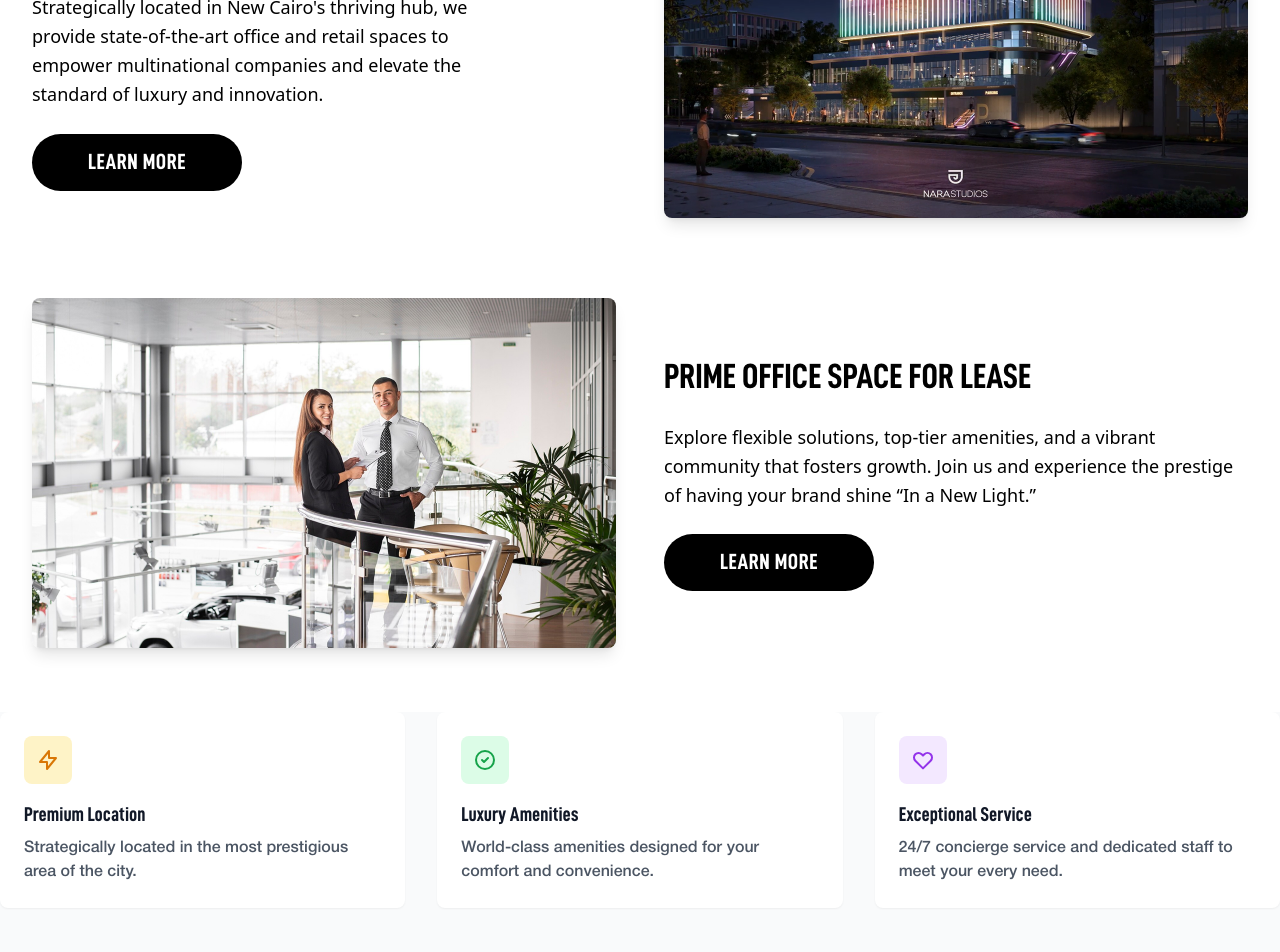
Repository: ahmedassr5765/dune
Page: index.html
The author's editor kept a copy of each file at every save. The page is drawn from the files as they stood at one save, then again after a run of saves.
The browser window is 1280 px wide. The pictures show the part of the page from y = 1393 to 2345 px (the page is 2453 px tall).
Some web libraries are served in a nearby version.

Above is the page before, as saved 2025-07-12 18:33:06.

### index.html
<!DOCTYPE html>
<html lang="en" dir="ltr">
<head>
    <meta charset="UTF-8">
    <meta name="viewport" content="width=device-width, initial-scale=1.0">
    <title>DUNE</title>

    <!-- Google Fonts -->
    <link rel="preconnect" href="https://fonts.googleapis.com">
    <link rel="preconnect" href="https://fonts.gstatic.com" crossorigin>
    <link href="https://fonts.googleapis.com/css2?family=DM+Serif+Display:ital@0;1&display=swap" rel="stylesheet">

    <!-- Local Fonts -->
    <style>
        @font-face {
            font-family: 'D-DIN Condensed';
            src: url('./Fonts/D-DINCondensed-Bold.otf') format('opentype');
            font-weight: 700;
            font-style: normal;
        }

        @font-face {
            font-family: 'Helvetica Neue';
            src: url('./Fonts/HelveticaNeueMedium.otf') format('opentype');
            font-weight: 400;
            font-style: normal;
        }
    </style>

    <!-- TailwindCSS -->
    <script src="https://cdn.tailwindcss.com"></script>

    <!-- TailwindCSS Configuration -->
    <script>
        tailwind.config = {
            theme: {
                extend: {
                    fontFamily: {
                        'ddin': ['D-DIN Condensed', 'sans-serif'],
                        'helvetica': ['Helvetica Neue', 'sans-serif'],
                        'dm-serif': ['DM Serif Display', 'serif'],
                    }
                }
            }
        }
    </script>

    <!-- Custom Styles -->
    <style>
        /* RTL Support */
        [dir="rtl"] {
            text-align: right;
        }

        [dir="rtl"] .header-container {
            flex-direction: row-reverse;
        }

        [dir="rtl"] .logo {
            order: 3;
            margin-left: 0;
            margin-right: 0;
        }

        [dir="rtl"] .nav-items {
            order: 2;
            flex-direction: row;
            margin-left: 0;
            margin-right: 0;
            flex: 1;
            justify-content: center;
        }

        [dir="rtl"] .lang-toggle {
            order: 1;
            margin-left: 0;
            margin-right: 0;
        }

        [dir="rtl"] .nav-items a {
            margin-left: 0;
            margin-right: 0;
        }

        /* Language Toggle Button */
        .lang-toggle {
            transition: all 0.3s ease;
        }

        .lang-toggle:hover {
            transform: scale(1.05);
        }

        /* Navigation Active State */
        .nav-active {
            color: #f59e0b;
        }

        /* RTL Animation */
        .rtl-transition {
            transition: all 0.5s ease;
        }

        /* Black Top Bar */
        .top-bar {
            background-color: #000000;
            height: 63px;
        }
    </style>
</head>
<body class="font-helvetica bg-gray-50 rtl-transition">
    <!-- Black Top Bar -->
    <div class="top-bar"></div>

    <!-- Header -->
    <header class="max-w-[1440px] mx-auto bg-white shadow-sm">
        <div class="max-w-8xl mx-auto px-4 border-[#E5E5E5] border-2 sm:px-6 lg:px-8">
            <div class="flex justify-between items-center py-6 header-container">
                <div class="flex items-center logo">
                    <a href="#" class="flex items-center">
                        <img src="/images/logo.svg" alt="DUNE" class="h-8 w-auto">
                    </a>
                </div>
                <nav class="hidden md:flex space-x-20 nav-items">
                    <a href="#" class="text-black hover:text-[#FBAA19] px-3 py-2 text-[24px] font-ddin transition-colors duration-200 nav-link" data-en="HOME" data-ar="الرئيسية">HOME</a>
                    <a href="#" class="text-black hover:text-[#FBAA19] px-3 py-2 text-[24px] font-ddin transition-colors duration-200 nav-link" data-en="ABOUT US" data-ar="معلومات عنا">ABOUT US</a>
                    <a href="#" class="text-black hover:text-[#FBAA19] px-3 py-2 text-[24px] font-ddin transition-colors duration-200 nav-link" data-en="LEASING" data-ar="الإيجار">LEASING</a>
                    <a href="#" class="text-black hover:text-[#FBAA19] px-3 py-2 text-[24px] font-ddin transition-colors duration-200 nav-link" data-en="AMENITIES" data-ar="الخدمات">AMENITIES</a>
                    <a href="#" class="text-black hover:text-[#FBAA19] px-3 py-2 text-[24px] font-ddin transition-colors duration-200 nav-link" data-en="CONTACT US" data-ar="اتصل بنا">CONTACT US</a>
                </nav>
                <div class="flex items-center lang-toggle">
                    <button id="languageToggle" class="bg-black text-white px-4 py-2 text-[28px] font-normal font-dm-serif hover:bg-gray-800 transition-colors duration-200 focus:outline-none focus:ring-2 focus:ring-gray-500 focus:ring-offset-2 rounded-[5px]">
                        En
                    </button>
                </div>
            </div>
        </div>
    </header>

    <!-- Hero Section -->
    <section class="max-w-[1440px] mx-auto relative h-[1024px] bg-cover bg-center bg-no-repeat" style="background-image: url('/images/hero.png');">

        <!-- Text Content Container with Overlay -->
        <div class="absolute bottom-0 left-0 right-0 z-10 h-[350px]">
            <!-- Text Background Overlay -->
            <div class="absolute inset-0" style="background-color: #000000A8;"></div>

            <!-- Text Content -->
            <div class="relative z-20 max-w-7xl mx-auto px-4 sm:px-6 lg:px-8 pb-[90px] pt-[55px] h-full flex flex-col justify-end">
                <div class="">
                    <!-- Main Heading -->
                    <h1 class="text-white font-bold font-ddin mb-4 leading-tight hero-title drop-shadow-lg"
                        style="font-size: 26px; max-width: 741px;"
                        data-en="A premier luxury destination for global brands in the heart of New Cairo."
                        data-ar="وجهة فاخرة ومتميزة للعلامات التجارية العالمية في قلب القاهرة الجديدة.">
                        A premier luxury destination for global brands in the heart of New Cairo.
                    </h1>

                    <!-- Subtitle -->
                    <p class="text-white mb-8 leading-relaxed hero-subtitle font-[300px] font-sans text-[22px] w-[1100px]"
                       data-en="Discover a new era of workspace excellence—where innovation, convenience, and exclusivity converge. Step into DUNE to experience a visionary environment designed for today's most ambitious enterprises."
                       data-ar="اكتشف عصرًا جديدًا من التميز في مساحات العمل، حيث تلتقي الابتكارات والراحة والحصرية. تفضل بزيارة DUNE لتجربة بيئة عمل واعدة مصممة خصيصًا للشركات الأكثر طموحًا في عصرنا.">
                        Discover a new era of workspace excellence—where innovation, convenience, and exclusivity converge. Step into DUNE to experience a visionary environment designed for today's most ambitious enterprises.
                    </p>

                    <!-- CTA Button -->
                    <button class="bg-[#FBAA19] hover:bg-[#e09915] text-white py-[17px] px-[43px] rounded-full text-[20px] transition-colors duration-300 uppercase tracking-wide hero-cta font-ddin"
                            data-en="SCHEDULE A TOUR"
                            data-ar="جدولة جولة">
                        SCHEDULE A TOUR
                    </button>
                </div>
            </div>
        </div>

        <!-- Bottom Logo/Branding -->
        <div class="absolute bottom-8 right-8 z-30">
            <div class="text-white text-xs opacity-60 drop-shadow-md">
                <span class="hero-brand font-ddin" data-en="NARA STUDIOS" data-ar="استوديوهات نارا">NARA STUDIOS</span>
            </div>
        </div>

    </section>

    <!-- Welcome to DUNE Section -->
    <section class="max-w-[1440px] mx-auto bg-white py-16">
        <div class="max-w-7xl mx-auto px-4 sm:px-6 lg:px-8">

            <!-- Welcome to DUNE Block -->
            <div class="grid md:grid-cols-2 gap-12 items-center mb-20">
                <!-- Text Content -->
                <div class="space-y-6">
                    <h2 class="text-black font-bold font-ddin text-[35px] leading-tight welcome-title"
                        data-en="WELCOME TO DUNE"
                        data-ar="مرحباً بكم في DUNE">
                        WELCOME TO DUNE
                    </h2>

                    <p class="text-black text-[18px] max-w-[450px] font-medium leading-relaxed font-sans welcome-desc"
                       data-en="DUNE redefines modern business environments. Strategically located in New Cairo's thriving hub, we provide state-of-the-art office and retail spaces to empower multinational companies and elevate the standard of luxury and innovation."
                       data-ar="يُعيد &quot;DUNE&quot; تعريف بيئات الأعمال العصرية. بموقعه الاستراتيجي في قلب القاهرة الجديدة النابض بالحياة، نوفر مساحات مكتبية وتجارية متطورة تُمكّن الشركات متعددة الجنسيات من تحقيق نموّ متسارع، وترتقي بمستوى الفخامة والابتكار.">
                        DUNE redefines modern business environments. Strategically located in New Cairo's thriving hub, we provide state-of-the-art office and retail spaces to empower multinational companies and elevate the standard of luxury and innovation.
                    </p>

                    <button class="bg-black hover:bg-gray-800 text-white py-[12px] px-[56px] rounded-full text-[22px] font-bold transition-colors duration-300 uppercase tracking-wide welcome-cta font-ddin"
                            data-en="LEARN MORE"
                            data-ar="اعرف المزيد">
                        LEARN MORE
                    </button>
                </div>

                <!-- Image -->
                <div class="relative">
                    <img src="/images/welcome.png" alt="DUNE Building" class="w-[600px] h-[350px] object-cover rounded-lg shadow-lg">
                </div>
            </div>

            <!-- Prime Office Space Block -->
            <div class="grid md:grid-cols-2 gap-12 items-center">
                <!-- Image -->
                <div class="relative order-2 md:order-1">
                    <img src="/images/office.png" alt="Office Interior" class="w-[600px] h-[350px] object-cover rounded-lg shadow-lg">
                </div>

                <!-- Text Content -->
                <div class="space-y-6 order-1 md:order-2">
                    <h2 class="text-black font-bold font-ddin text-[35px] leading-tight office-title"
                        data-en="PRIME OFFICE SPACE FOR LEASE"
                        data-ar="مساحات مكتبية متميزة للإيجار">
                        PRIME OFFICE SPACE FOR LEASE
                    </h2>

                    <p class="text-black text-[18px] max-w-[580px] font-medium leading-relaxed font-sans office-desc"
                       data-en="Explore flexible solutions, top-tier amenities, and a vibrant community that fosters growth. Join us and experience the prestige<br>of having your brand shine &quot;In a New Light.&quot;"
                       data-ar="استكشف الحلول المرنة والمرافق عالية المستوى والمجتمع النابض بالحياة الذي يعزز النمو. انضم إلينا واختبر هيبة العمل في ديون.">
                       Explore flexible solutions, top-tier amenities, and a vibrant community
                       that fosters growth. Join us and experience the prestige<br>
                       of having your brand shine “In a New Light.”
                    </p>

                    <button class="bg-black hover:bg-gray-800 text-white py-[12px] px-[56px] rounded-full text-[22px] font-bold transition-colors duration-300 uppercase tracking-wide office-cta font-ddin"
                            data-en="LEARN MORE"
                            data-ar="اعرف المزيد">
                        LEARN MORE
                    </button>
                </div>
            </div>

        </div>
    </section>

    <!-- Features Section -->
        <section class="grid md:grid-cols-3 gap-8 mb-16">
            <div class="bg-white p-6 rounded-lg shadow-sm">
                <div class="w-12 h-12 bg-amber-100 rounded-lg flex items-center justify-center mb-4">
                    <svg class="w-6 h-6 text-amber-600" fill="none" stroke="currentColor" viewBox="0 0 24 24">
                        <path stroke-linecap="round" stroke-linejoin="round" stroke-width="2" d="M13 10V3L4 14h7v7l9-11h-7z"></path>
                    </svg>
                </div>
                <h3 class="text-xl font-semibold text-gray-900 font-ddin mb-2 feature-title" data-en="Premium Location" data-ar="موقع مميز">Premium Location</h3>
                <p class="text-gray-600 feature-desc" data-en="Strategically located in the most prestigious area of the city." data-ar="يقع في موقع استراتيجي في أرقى مناطق المدينة.">Strategically located in the most prestigious area of the city.</p>
            </div>

            <div class="bg-white p-6 rounded-lg shadow-sm">
                <div class="w-12 h-12 bg-green-100 rounded-lg flex items-center justify-center mb-4">
                    <svg class="w-6 h-6 text-green-600" fill="none" stroke="currentColor" viewBox="0 0 24 24">
                        <path stroke-linecap="round" stroke-linejoin="round" stroke-width="2" d="M9 12l2 2 4-4m6 2a9 9 0 11-18 0 9 9 0 0118 0z"></path>
                    </svg>
                </div>
                <h3 class="text-xl font-semibold text-gray-900 font-ddin mb-2 feature-title" data-en="Luxury Amenities" data-ar="خدمات فاخرة">Luxury Amenities</h3>
                <p class="text-gray-600 feature-desc" data-en="World-class amenities designed for your comfort and convenience." data-ar="خدمات عالمية المستوى مصممة لراحتك وسهولتك.">World-class amenities designed for your comfort and convenience.</p>
            </div>

            <div class="bg-white p-6 rounded-lg shadow-sm">
                <div class="w-12 h-12 bg-purple-100 rounded-lg flex items-center justify-center mb-4">
                    <svg class="w-6 h-6 text-purple-600" fill="none" stroke="currentColor" viewBox="0 0 24 24">
                        <path stroke-linecap="round" stroke-linejoin="round" stroke-width="2" d="M4.318 6.318a4.5 4.5 0 000 6.364L12 20.364l7.682-7.682a4.5 4.5 0 00-6.364-6.364L12 7.636l-1.318-1.318a4.5 4.5 0 00-6.364 0z"></path>
                    </svg>
                </div>
                <h3 class="text-xl font-semibold text-gray-900 font-ddin mb-2 feature-title" data-en="Exceptional Service" data-ar="خدمة استثنائية">Exceptional Service</h3>
                <p class="text-gray-600 feature-desc" data-en="24/7 concierge service and dedicated staff to meet your every need." data-ar="خدمة بواب على مدار الساعة وموظفين مخصصين لتلبية جميع احتياجاتك.">24/7 concierge service and dedicated staff to meet your every need.</p>
            </div>
        </section>

    <!-- Footer -->
    <footer class="bg-gray-900 text-white">
        <div class="max-w-7xl mx-auto px-4 sm:px-6 lg:px-8 py-8">
            <div class="text-center">
                <p class="text-gray-400 footer-text" data-en="&copy; 2024 DUNE. All rights reserved." data-ar="&copy; 2024 ديون. جميع الحقوق محفوظة.">&copy; 2024 DUNE. All rights reserved.</p>
            </div>
        </div>
    </footer>

    <!-- External JavaScript -->
    <script src="index.js"></script>
</body>
</html>

### index.js
let currentLang = 'en';
const languageToggle = document.getElementById('languageToggle');
const htmlElement = document.documentElement;

// Language toggle functionality
languageToggle.addEventListener('click', function() {
    if (currentLang === 'en') {
        // Switch to Arabic
        currentLang = 'ar';
        languageToggle.textContent = 'AR';
        htmlElement.setAttribute('lang', 'ar');
        htmlElement.setAttribute('dir', 'rtl');

        // Update all translatable elements
        updateTextContent('ar');

        // Add RTL specific classes
        document.body.classList.add('rtl-mode');

        // Update navigation spacing for RTL
        const navItems = document.querySelector('.nav-items');
        if (navItems) {
            navItems.classList.remove('space-x-20');
            navItems.classList.add('space-x-8');
        }

    } else {
        // Switch to English
        currentLang = 'en';
        languageToggle.textContent = 'En';
        htmlElement.setAttribute('lang', 'en');
        htmlElement.setAttribute('dir', 'ltr');

        // Update all translatable elements
        updateTextContent('en');

        // Remove RTL specific classes
        document.body.classList.remove('rtl-mode');

        // Reset navigation spacing for LTR
        const navItems = document.querySelector('.nav-items');
        if (navItems) {
            navItems.classList.remove('space-x-8');
            navItems.classList.add('space-x-20');
        }
    }
});

function updateTextContent(lang) {
    // Update navigation links
    const navLinks = document.querySelectorAll('.nav-link');
    navLinks.forEach(link => {
        link.textContent = link.getAttribute('data-' + lang);
    });

    // Update main title
    const mainTitle = document.querySelector('.hero-title');
    if (mainTitle) {
        mainTitle.textContent = mainTitle.getAttribute('data-' + lang);
    }

    // Update main subtitle
    const mainSubtitle = document.querySelector('.hero-subtitle');
    if (mainSubtitle) {
        mainSubtitle.textContent = mainSubtitle.getAttribute('data-' + lang);
    }

    // Update hero CTA button
    const heroCta = document.querySelector('.hero-cta');
    if (heroCta) {
        heroCta.textContent = heroCta.getAttribute('data-' + lang);
    }

    // Update hero brand
    const heroBrand = document.querySelector('.hero-brand');
    if (heroBrand) {
        heroBrand.textContent = heroBrand.getAttribute('data-' + lang);
    }

    // Update feature titles
    const featureTitles = document.querySelectorAll('.feature-title');
    featureTitles.forEach(title => {
        title.textContent = title.getAttribute('data-' + lang);
    });

    // Update feature descriptions
    const featureDescs = document.querySelectorAll('.feature-desc');
    featureDescs.forEach(desc => {
        desc.textContent = desc.getAttribute('data-' + lang);
    });

    // Update footer text
    const footerText = document.querySelector('.footer-text');
    if (footerText) {
        footerText.innerHTML = footerText.getAttribute('data-' + lang);
    }

    // Update welcome section title
    const welcomeTitle = document.querySelector('.welcome-title');
    if (welcomeTitle) {
        welcomeTitle.textContent = welcomeTitle.getAttribute('data-' + lang);
    }

    // Update welcome section description
    const welcomeDesc = document.querySelector('.welcome-desc');
    if (welcomeDesc) {
        welcomeDesc.textContent = welcomeDesc.getAttribute('data-' + lang);
    }

    // Update welcome section CTA button
    const welcomeCta = document.querySelector('.welcome-cta');
    if (welcomeCta) {
        welcomeCta.textContent = welcomeCta.getAttribute('data-' + lang);
    }

    // Update office section title
    const officeTitle = document.querySelector('.office-title');
    if (officeTitle) {
        officeTitle.textContent = officeTitle.getAttribute('data-' + lang);
    }

    // Update office section description
    const officeDesc = document.querySelector('.office-desc');
    if (officeDesc) {
        officeDesc.innerHTML = officeDesc.getAttribute('data-' + lang);
    }

    // Update office section CTA button
    const officeCta = document.querySelector('.office-cta');
    if (officeCta) {
        officeCta.textContent = officeCta.getAttribute('data-' + lang);
    }
}

// Add smooth transitions for RTL switch
document.addEventListener('DOMContentLoaded', function() {
    // Add transition classes after page load
    setTimeout(() => {
        document.body.classList.add('rtl-transition');
    }, 100);
});

After the next 2 saves:
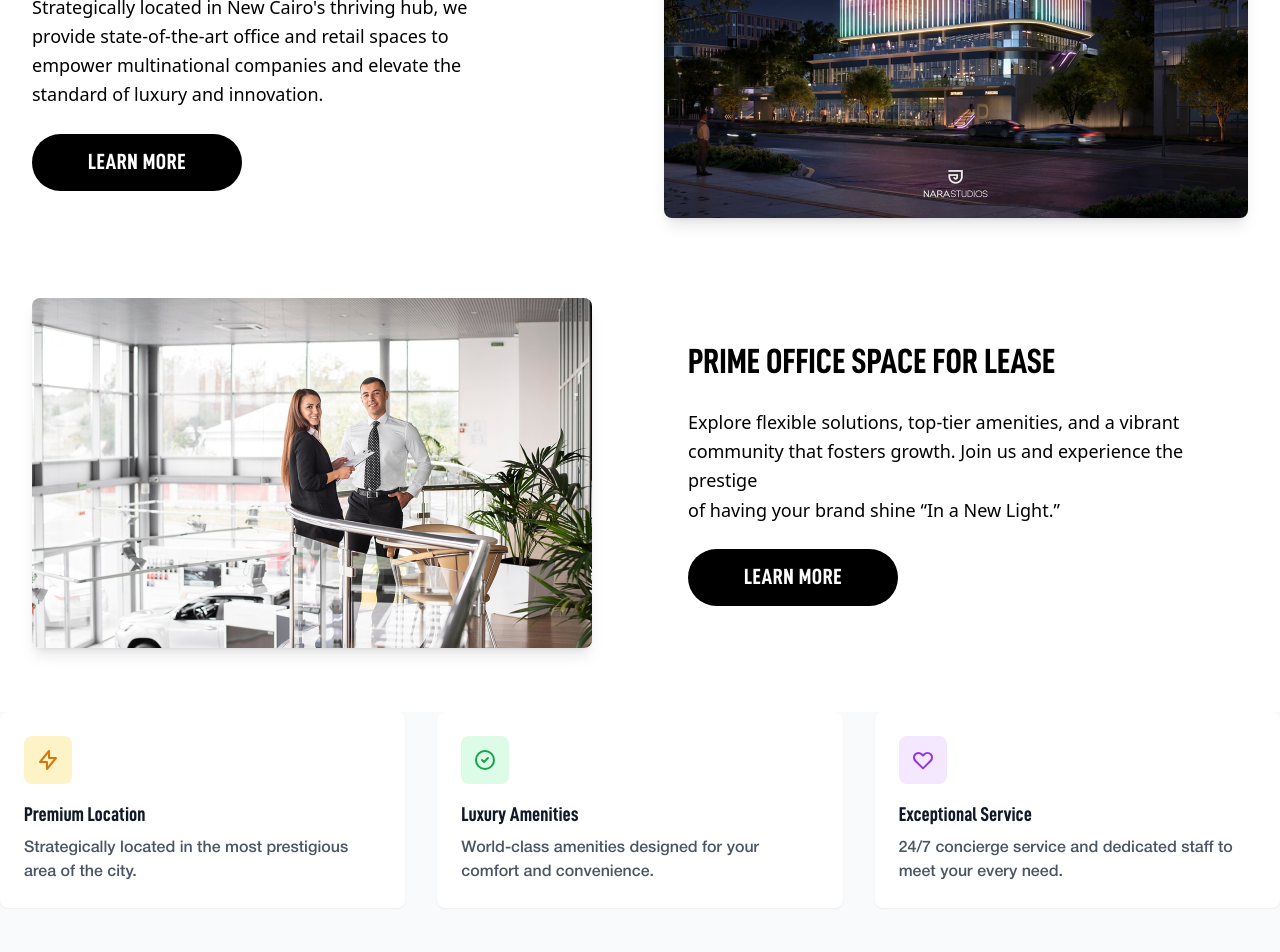
The 2 saves are shown as one change because they came seconds apart.
The last was saved 40 s later.
--- a/index.html
+++ b/index.html
@@ -216,7 +216,7 @@
             </div>
 
             <!-- Prime Office Space Block -->
-            <div class="grid md:grid-cols-2 gap-12 items-center">
+            <div class="grid md:grid-cols-2 gap-[6rem] items-center">
                 <!-- Image -->
                 <div class="relative order-2 md:order-1">
                     <img src="/images/office.png" alt="Office Interior" class="w-[600px] h-[350px] object-cover rounded-lg shadow-lg">
